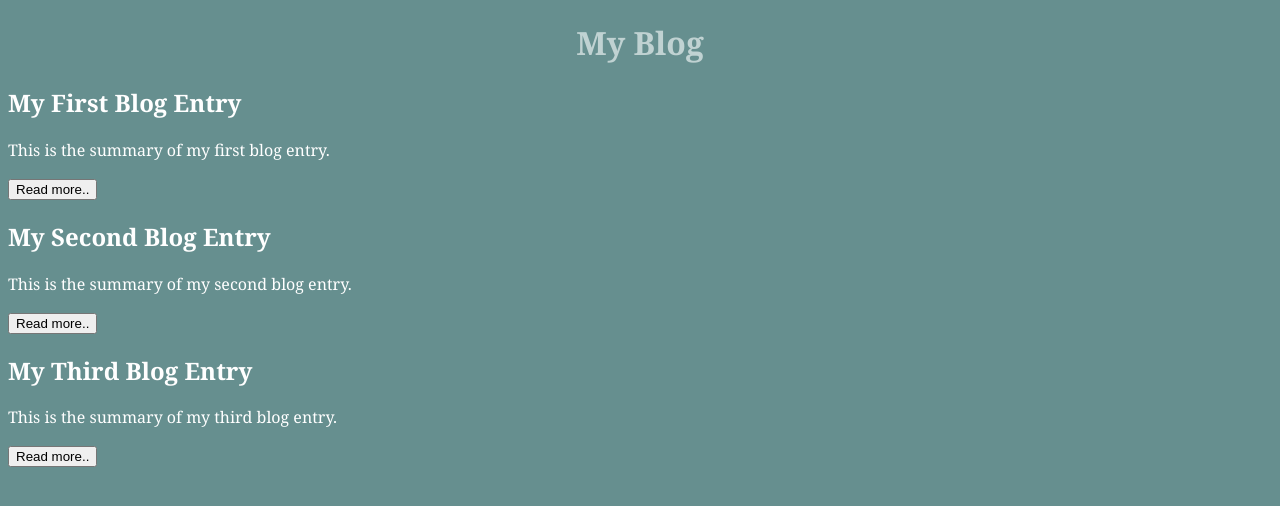
Repository: deniseada/class1
Page: /
The author's editor kept a copy of each file at every save. The page is drawn from the files as they stood at one save, then again after the next save.
The browser window is 1280 px wide. The pictures show the whole page.
The project was rebuilt for these pictures with package versions that can differ from the ones it lists, and the page was loaded fresh each time. Also part of the build but not shown: vite.config.js.

Above is the page before, as saved 2025-09-10 14:00:22.

After the next save:
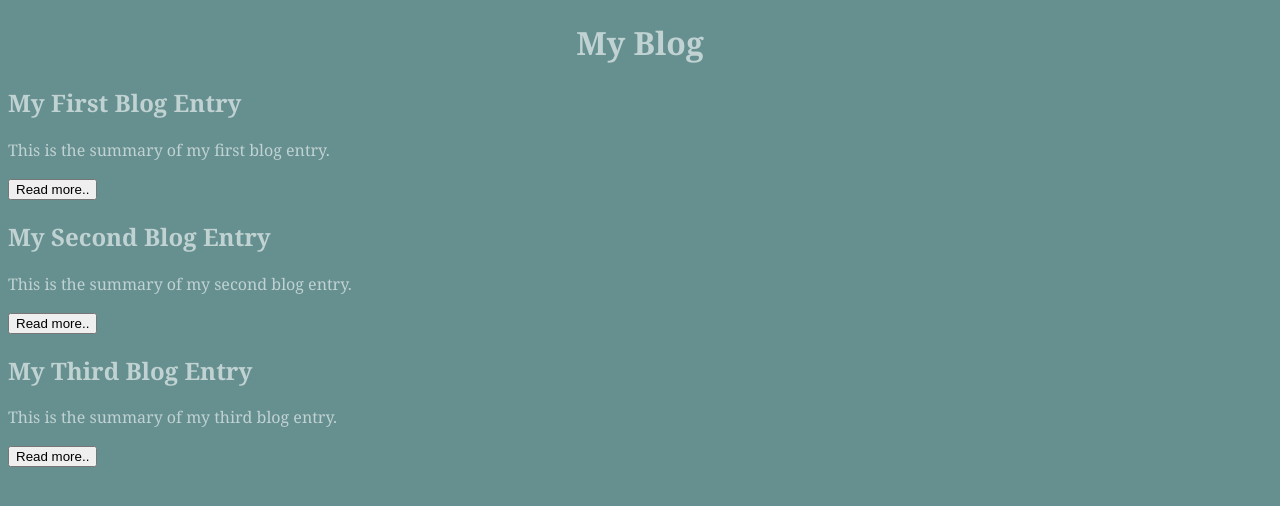
Saved 10 s later.
--- a/src/index.css
+++ b/src/index.css
@@ -1,7 +1,7 @@
 html {
   font-family: Georgia, "Times New Roman", Times, serif;
   background-color: rgb(102, 143, 143);
-  color: white;
+  color: rgb(192, 210, 210);
 }
 h1 {
   color: rgb(192, 210, 210);
